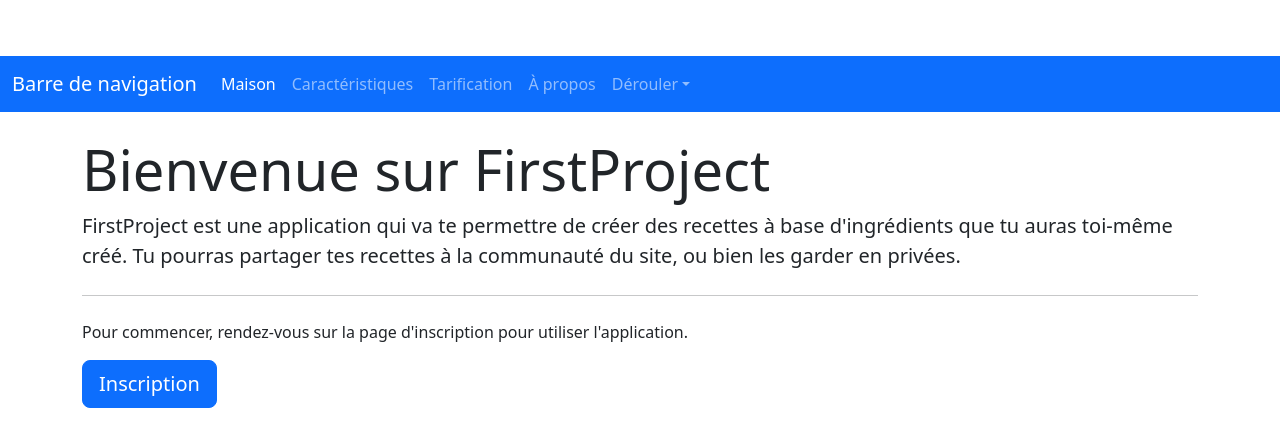
Repository: IslamBoubaker/marmit
Page: templates/home/index.html.twig
The author's editor kept a copy of each file at every save. The page is drawn from the files as they stood at one save, then again after a run of saves.
The browser window is 1280 px wide. The pictures show the whole page.
The page is a Twig template of a Symfony application; nobody is signed in and links lead nowhere. The template is opened directly, without the code that normally fills it, so the values that code supplies are empty.

Above is the page before, as saved 2025-06-24 08:53:50.

### templates/home/index.html.twig
{% extends 'base.html.twig' %}

{% block title %}Accueil - FirstProject{% endblock %}

{% block body %}
    <div class="jumbotron">
        <h1 class="display-4">Bienvenue sur FirstProject</h1>
        <p class="lead">FirstProject est une application qui va te
            permettre de créer des recettes à base d'ingrédients que tu auras toi-même
            créé. Tu pourras partager tes recettes à la communauté du site, ou bien les
            garder en privées.</p>
        <hr class="my-4">
        <p>Pour commencer, rendez-vous sur la page d'inscription pour
            utiliser l'application.</p>
        <a class="btn btn-primary btn-lg" href="#" role="button">Inscription</a>
    </div>
{% endblock %}

### templates/base.html.twig
<!DOCTYPE html>
<html>
<head>
    <meta charset="UTF-8">
    <title>{% block title %}Welcome!{% endblock %}</title>
    <link rel="icon" href="data:[embedded picture, 143 characters]">

    {% block stylesheets %}
        <link rel="stylesheet" href="https://cdn.jsdelivr.net/npm/bootstrap@5.3.7/dist/css/bootstrap.min.css">
    {% endblock %}

    {% block javascripts %}
        <script src="https://cdn.jsdelivr.net/npm/bootstrap@5.3.7/dist/js/bootstrap.bundle.min.js"></script>
    {% endblock %}
</head>

    <body>
    {% include 'pages/partials/_header.html.twig' %}

</body>


    <main class="container mt-4">
        {% block body %}{% endblock %}
    </main>

</html>

### templates/pages/Partials/_header.html.twig
<nav class="navbar navbar-expand-lg navbar-neon" data-bs-theme="dark">
    <div class="container-fluid">
        <a class="navbar-brand" href="{{ path('app_home') }}">Ma super appli</a>
        <button class="navbar-toggler" type="button" data-bs-toggle="collapse" data-bs-target="#navbarColor01"
                aria-controls="navbarColor01" aria-expanded="false" aria-label="Basculer la navigation">
            <span class="navbar-toggler-icon"></span>
        </button>
        <div class="collapse navbar-collapse" id="navbarColor01">
            <ul class="navbar-nav me-auto">
                <li class="nav-item">
                    <a class="nav-link active" href="{{ path('app_home') }}">
                        Accueil <span class="visually-hidden">(actuel)</span>
                    </a>
                </li>
                <!-- Autres liens à ajouter ici -->
            </ul>
        </div>
    </div>
</nav>



<nav class="navbar navbar-expand-lg bg-primary" data-bs-theme="dark">
  <div class="container-fluid">
    <a class="navbar-brand" href="#"><font style="vertical-align: inherit;"><font style="vertical-align: inherit;">Barre de navigation</font></font></a>
    <button class="navbar-toggler" type="button" data-bs-toggle="collapse" data-bs-target="#navbarColor01" aria-controls="navbarColor01" aria-expanded="false" aria-label="Basculer la navigation">
      <span class="navbar-toggler-icon"></span>
    </button>
    <div class="collapse navbar-collapse" id="navbarColor01">
      <ul class="navbar-nav me-auto">
        <li class="nav-item">
          <a class="nav-link active" href="#"><font style="vertical-align: inherit;"><font style="vertical-align: inherit;">Maison
            </font></font><span class="visually-hidden"><font style="vertical-align: inherit;"><font style="vertical-align: inherit;">(actuel)</font></font></span>
          </a>
        </li>
        <li class="nav-item">
          <a class="nav-link" href="#"><font style="vertical-align: inherit;"><font style="vertical-align: inherit;">Caractéristiques</font></font></a>
        </li>
        <li class="nav-item">
          <a class="nav-link" href="#"><font style="vertical-align: inherit;"><font style="vertical-align: inherit;">Tarification</font></font></a>
        </li>
        <li class="nav-item">
          <a class="nav-link" href="#"><font style="vertical-align: inherit;"><font style="vertical-align: inherit;">À propos</font></font></a>
        </li>
        <li class="nav-item dropdown">
          <a class="nav-link dropdown-toggle" data-bs-toggle="dropdown" href="#" role="button" aria-haspopup="true" aria-expanded="false"><font style="vertical-align: inherit;"><font style="vertical-align: inherit;">Dérouler</font></font></a>
          <div class="dropdown-menu">
            <a class="dropdown-item" href="#"><font style="vertical-align: inherit;"><font style="vertical-align: inherit;">Action</font></font></a>
            <a class="dropdown-item" href="#"><font style="vertical-align: inherit;"><font style="vertical-align: inherit;">Une autre action</font></font></a>
            <a class="dropdown-item" href="#"><font style="vertical-align: inherit;"><font style="vertical-align: inherit;">Autre chose ici</font></font></a>
            <div class="dropdown-divider"></div>
            <a class="dropdown-item" href="#"><font style="vertical-align: inherit;"><font style="vertical-align: inherit;">Lien séparé</font></font></a>
          </div>
        </li>
      </ul>

    </div>
  </div>
</nav>

After the next 2 saves:
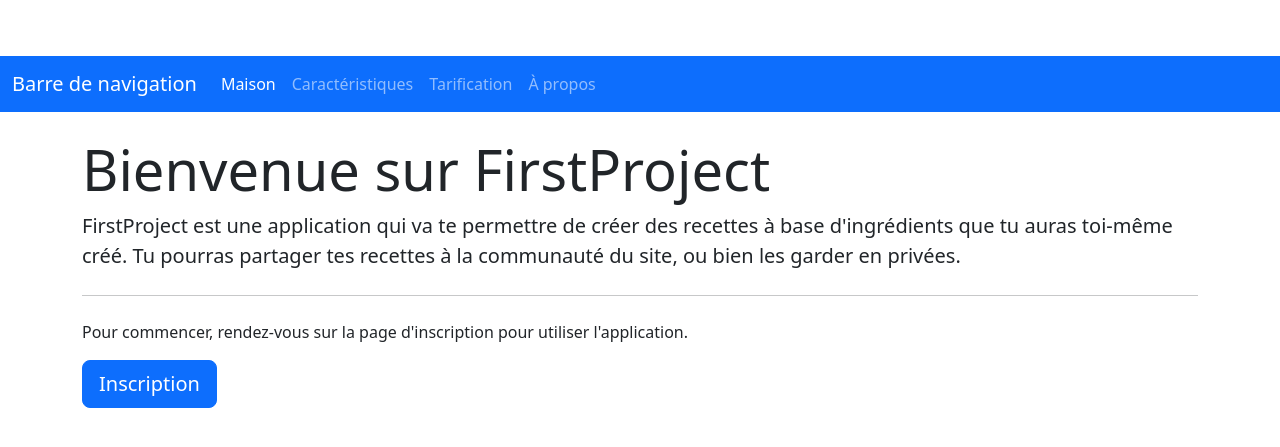
The 2 saves are shown as one change because they came seconds apart.
The last was saved 7 s later.
--- a/templates/pages/Partials/_header.html.twig
+++ b/templates/pages/Partials/_header.html.twig
@@ -41,15 +41,8 @@
         </li>
         <li class="nav-item">
           <a class="nav-link" href="#"><font style="vertical-align: inherit;"><font style="vertical-align: inherit;">À propos</font></font></a>
-        </li>
-        <li class="nav-item dropdown">
-          <a class="nav-link dropdown-toggle" data-bs-toggle="dropdown" href="#" role="button" aria-haspopup="true" aria-expanded="false"><font style="vertical-align: inherit;"><font style="vertical-align: inherit;">Dérouler</font></font></a>
-          <div class="dropdown-menu">
-            <a class="dropdown-item" href="#"><font style="vertical-align: inherit;"><font style="vertical-align: inherit;">Action</font></font></a>
-            <a class="dropdown-item" href="#"><font style="vertical-align: inherit;"><font style="vertical-align: inherit;">Une autre action</font></font></a>
-            <a class="dropdown-item" href="#"><font style="vertical-align: inherit;"><font style="vertical-align: inherit;">Autre chose ici</font></font></a>
-            <div class="dropdown-divider"></div>
-            <a class="dropdown-item" href="#"><font style="vertical-align: inherit;"><font style="vertical-align: inherit;">Lien séparé</font></font></a>
+
+
           </div>
         </li>
       </ul>
